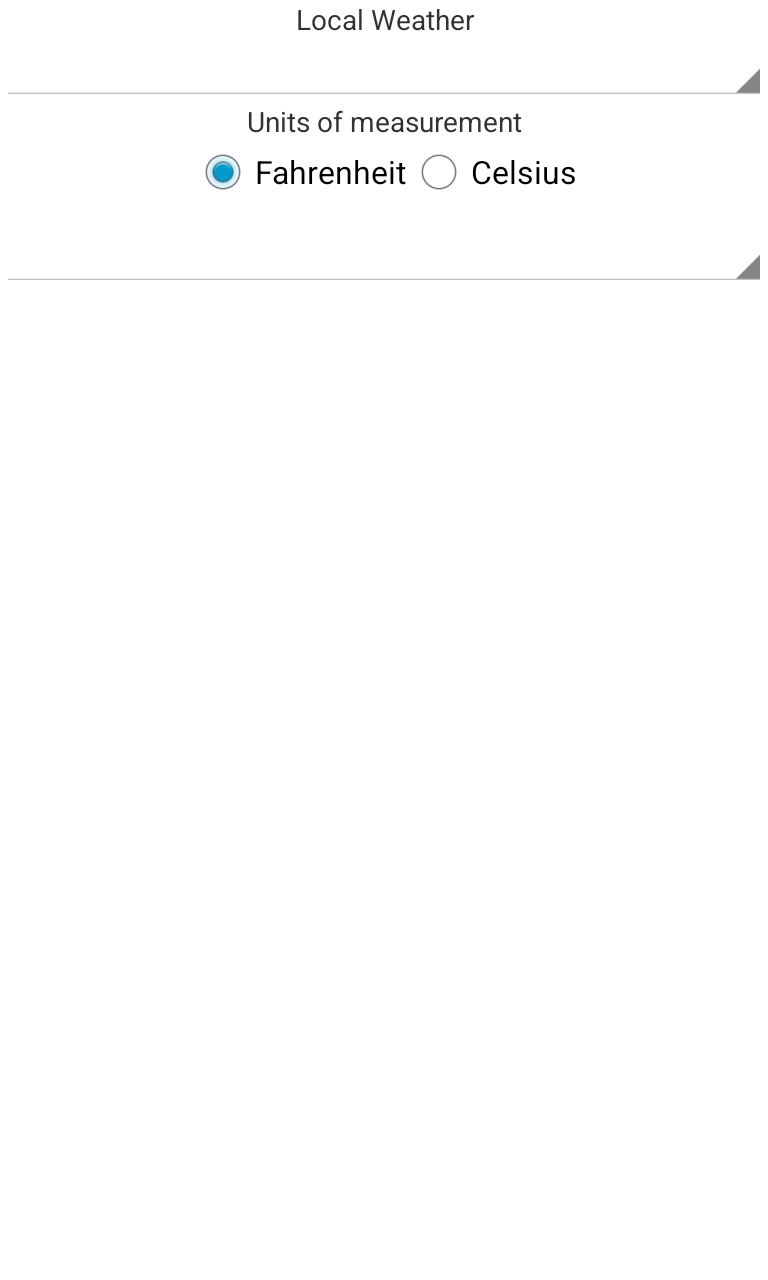
Repository: efreestone/Java1
Layout: Java1Project4/res/layout/activity_main.xml
An editor plug-in stored every save of this project. The layout is shown before and after the next save, followed by the edit.
It is drawn on a 768 x 1280 px phone screen (xhdpi) without system bars, with theme AppTheme; the app's code is not run.

Above is the layout before, as saved 2014-03-25 21:01:40.

### Java1Project4/res/layout/activity_main.xml
<?xml version="1.0" encoding="utf-8"?>
<LinearLayout xmlns:android="http://schemas.android.com/apk/res/android"
    android:layout_width="match_parent"
    android:layout_height="match_parent"
    android:orientation="vertical" >

    <!-- Top Linear Layout with controls -->
    <!-- <LinearLayout
        android:layout_width="match_parent"
        android:layout_height="wrap_content"
        android:orientation="horizontal"> -->

        <!-- Title -->
        <TextView
            android:id="@+id/titleView"
            android:layout_width="match_parent"
            android:layout_height="wrap_content"
            android:gravity="center"
            android:text="@string/titleString"/>

        <!-- City Spinner -->
        <Spinner
            android:id="@+id/citySpinner"
            android:layout_width="match_parent"
            android:layout_height="wrap_content"/>

        <!-- Measurement Title -->
        <TextView
            android:id="@+id/measureTitleView"
            android:layout_width="match_parent"
            android:layout_height="wrap_content"
            android:gravity="center"
            android:text="@string/measureTitleString"/>

        <!-- Measurement Radio Buttons -->
        <RadioGroup
            android:id="@+id/tempUnitRadioGroup"
            android:layout_width="wrap_content"
            android:layout_height="wrap_content"
            android:layout_gravity="center"
            android:orientation="horizontal" >

            <RadioButton
                android:id="@+id/fahrenheitRadio"
                android:layout_width="match_parent"
                android:layout_height="wrap_content"
                android:text="@string/fahrenheitString"
                android:checked="true"/>

            <RadioButton
                android:id="@+id/celsiusRadio"
                android:layout_width="match_parent"
                android:layout_height="wrap_content"
                android:text="@string/celsiusString"/>
        </RadioGroup>

        <!-- Current Spinner -->
        <Spinner
            android:id="@+id/currentSpinner"
            android:layout_width="match_parent"
            android:layout_height="wrap_content"
            android:layout_marginTop="10dp"/>

    <!-- </LinearLayout> -->

</LinearLayout>

### Java1Project4/res/values/strings.xml
<?xml version="1.0" encoding="utf-8"?>
<resources>

    <string name="app_name">Java1Project4</string>
    <string name="action_settings">Settings</string>
    <string name="hello_world">Hello world!</string>

    <!-- Title and button strings -->
    <string name="titleString">Local Weather</string>
    <string name="measureTitleString">Units of measurement</string>
    <string name="weatherButtonString">Get Weather</string>
    <string name="displayTempString">Please select a city and measurement unit</string>

    <!-- Connection Alert strings -->
    <string name="noConnectionTitle">Connection Error</string>
    <string name="noConnectionAlert">This application requires internet access. Please check your network connection and try again.</string>

    <!-- Main URL strings -->
    <string name="mainURLString">http://api.wunderground.com/api/8204b5c9bf753afb/</string>
    <string name="conditionsURLString">conditions/q/</string>
    <string name="forecastURLString">forecast/q/</string>
    <!-- City URL strings -->
    <string name="lovelandString">CO/Loveland.json</string>
    <string name="losAngelesString">CA/Los_Angeles.json</string>
    <string name="newYorkString">NY/New_York.json</string>
    <string name="chicagoString">IL/Chicago.json</string>
    <string name="orlandoString">FL/Orlando.json</string>

    <!-- Radio Button Text -->
    <string name="fahrenheitString">Fahrenheit</string>
    <string name="celsiusString">Celsius</string>

    <!-- Cities array for first spinner -->
    <string-array name="cities_array">
        <item >Loveland</item>
        <item >Los Angeles</item>
        <item >New York</item>
        <item >Chicago</item>
        <item >Orlando</item>
    </string-array>

    <!-- Array for second spinner -->
    <string-array name="current_forecast">
        <item >Current Weather</item>
        <item >3-day Forecast</item>
    </string-array>

</resources>

Loaded but not shown: Java1Project4/res/values/styles.xml (common file); Java1Project4/res/values-v11/styles.xml (common file); Java1Project4/res/values-v14/styles.xml (common file)

After the next save:
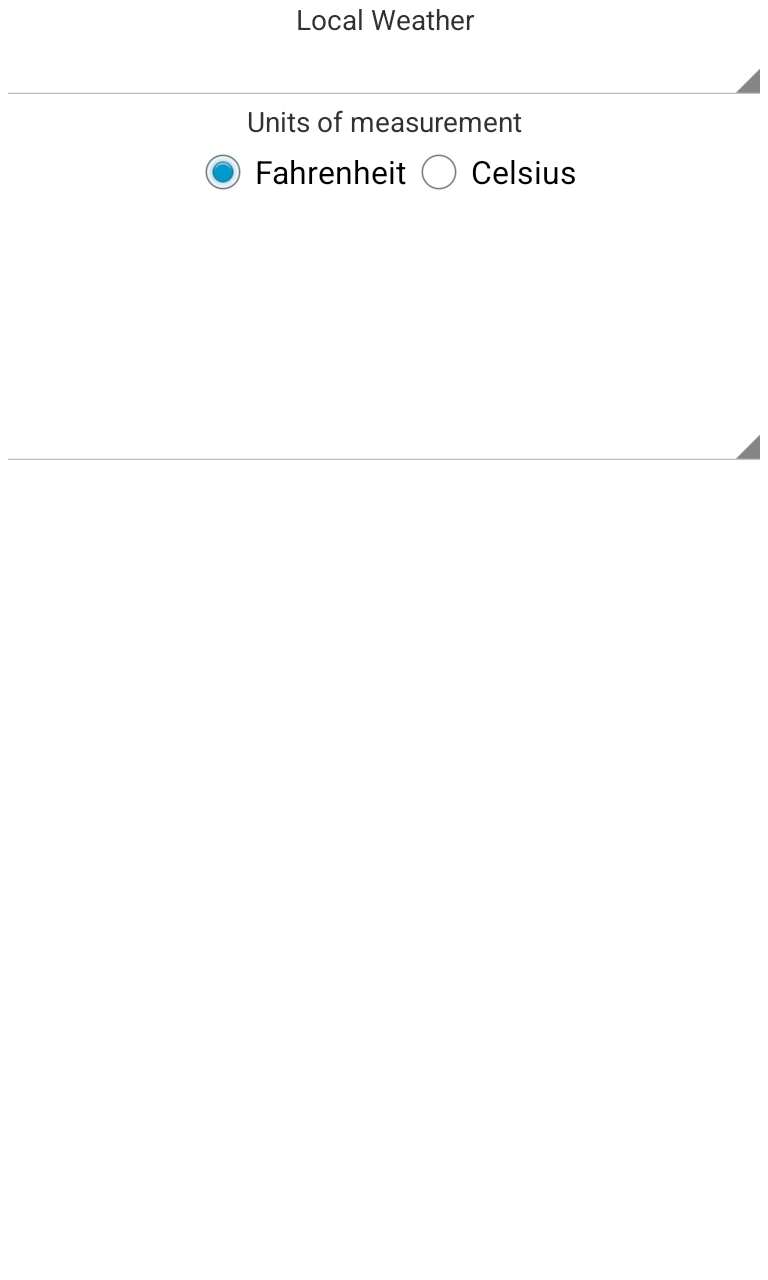
Saved 25 s later.
--- a/Java1Project4/res/layout/activity_main.xml
+++ b/Java1Project4/res/layout/activity_main.xml
@@ -59,7 +59,7 @@
             android:id="@+id/currentSpinner"
             android:layout_width="match_parent"
             android:layout_height="wrap_content"
-            android:layout_marginTop="10dp"/>
+            android:layout_marginTop="100dp"/>
 
     <!-- </LinearLayout> -->
 
